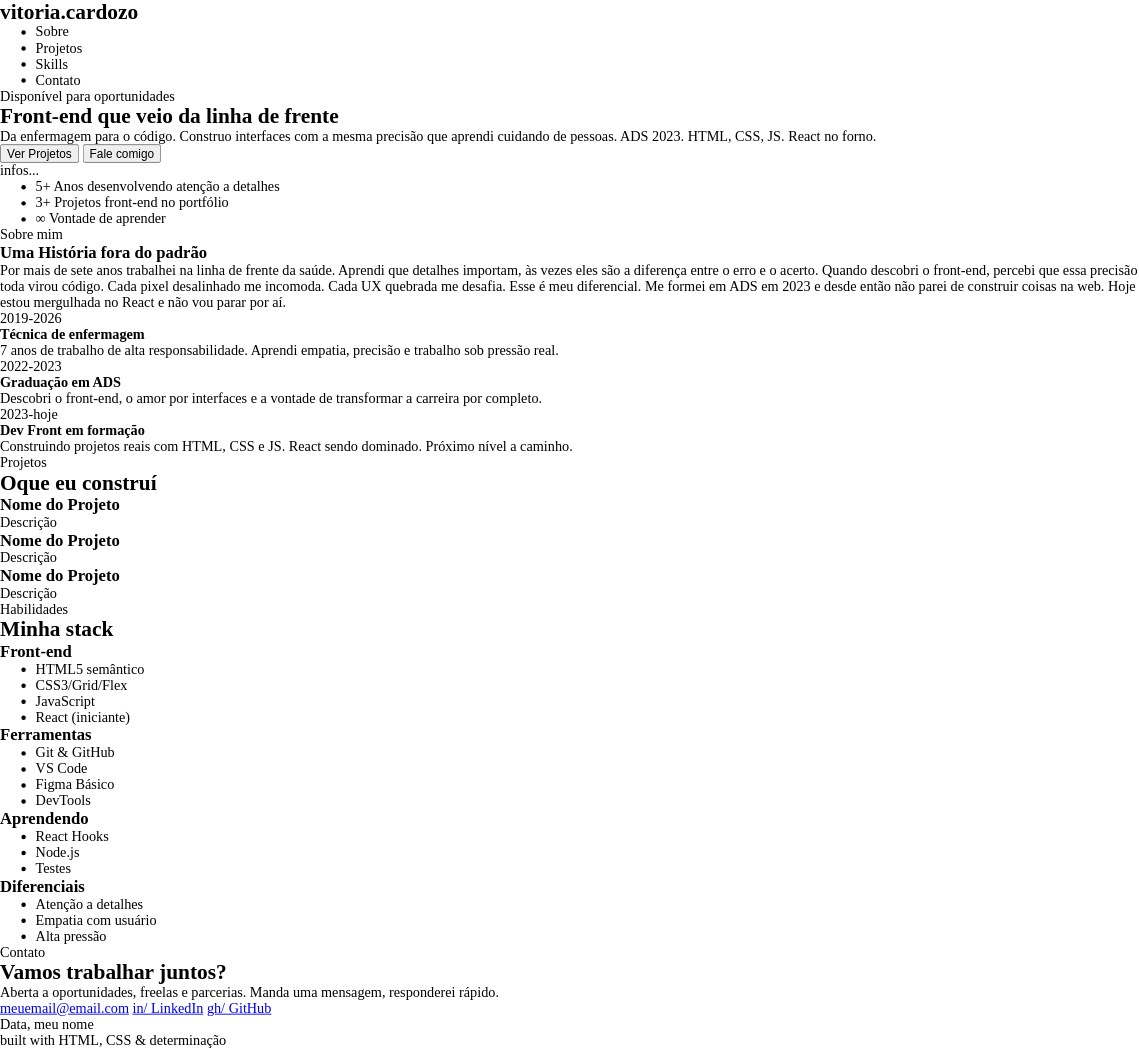
Repository: Bitroia/Portifolio
Page: index.html
An editor plug-in stored every save of this project. The page is shown before and after a run of saves, followed by the edit.
The browser window is 1280 px wide. The pictures show the whole page, at 89% of full size.

Above is the page before, as saved 2026-04-24 03:32:02.

After the next 4 saves:
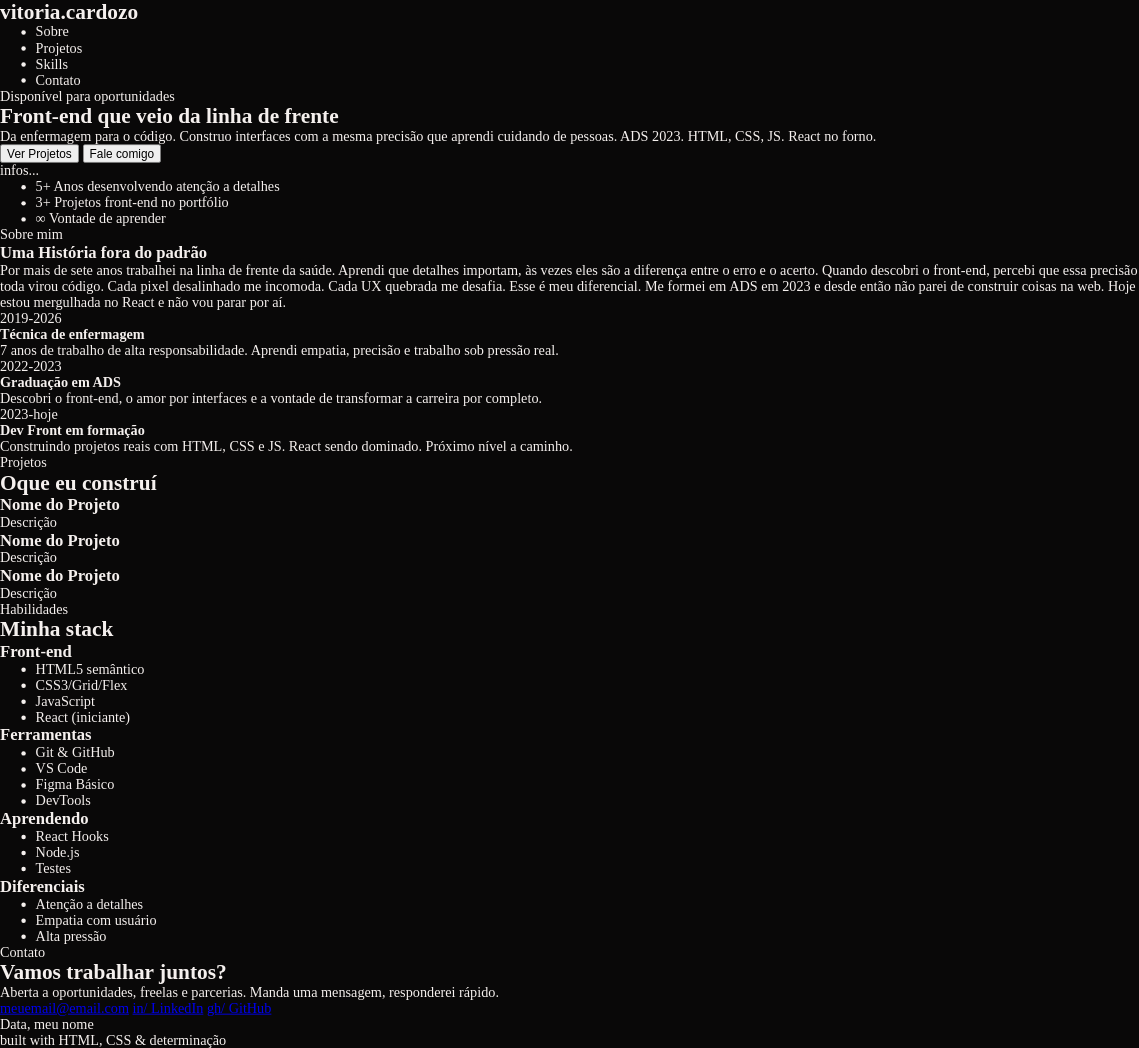
The 4 saves are shown as one change because they came seconds apart.
The last was saved 17 s later.
--- a/styles/style.css
+++ b/styles/style.css
@@ -1,15 +1,14 @@
 :root {
-  :root {
-    --fundo-geral: #090808;
-    --fundo-cards: #120f0f;
-    --hovers: #1c1515;
-    --text: #f5f0ee;
-    --second-text: #f5f0ee61;
-    --accent: #d4571e;
-    --accent-hover: #d4571e1f;
-    --border: #f5f0ee12;
-  }
+  --fundo-geral: #090808;
+  --fundo-cards: #120f0f;
+  --hovers: #1c1515;
+  --text: #f5f0ee;
+  --second-text: #f5f0ee61;
+  --accent: #d4571e;
+  --accent-hover: #d4571e1f;
+  --border: #f5f0ee12;
 }
+
 * {
   margin: 0 auto;
 }

After the 5 saves that followed:
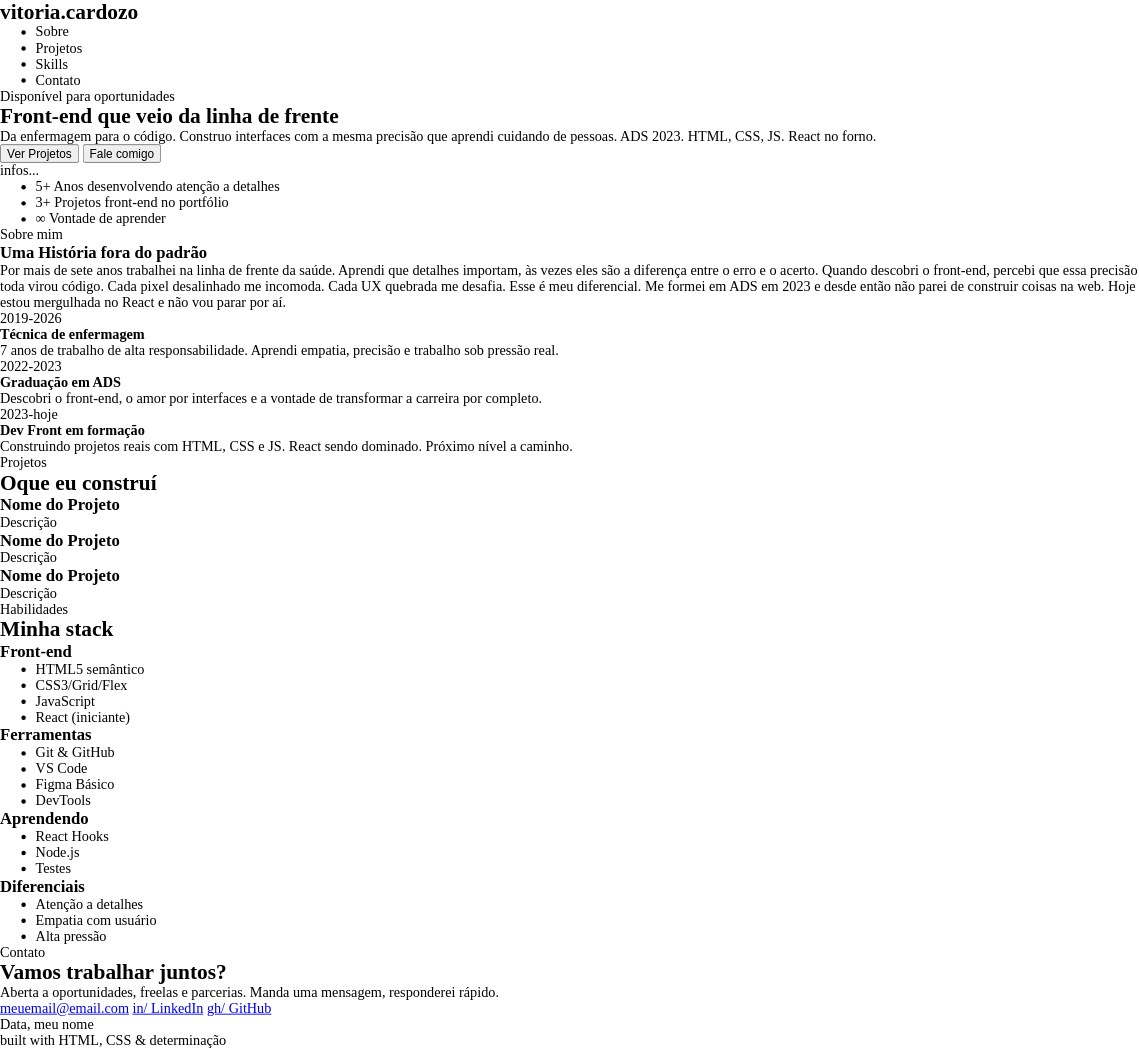
The 5 saves are shown as one change because 3 left the picture as it was and some came seconds apart.
The last was saved 2 min 3 s later.
--- a/styles/style.css
+++ b/styles/style.css
@@ -7,12 +7,16 @@
   --accent: #d4571e;
   --accent-hover: #d4571e1f;
   --border: #f5f0ee12;
+  --font-serif: "Syne", sans-serif;
+  --font-sans: "Inter", sans-serif;
 }
 
 * {
   margin: 0 auto;
 }
 
+h1
+
 body {
   background-color: var(--fundo-geral);
   color: var(--text);
